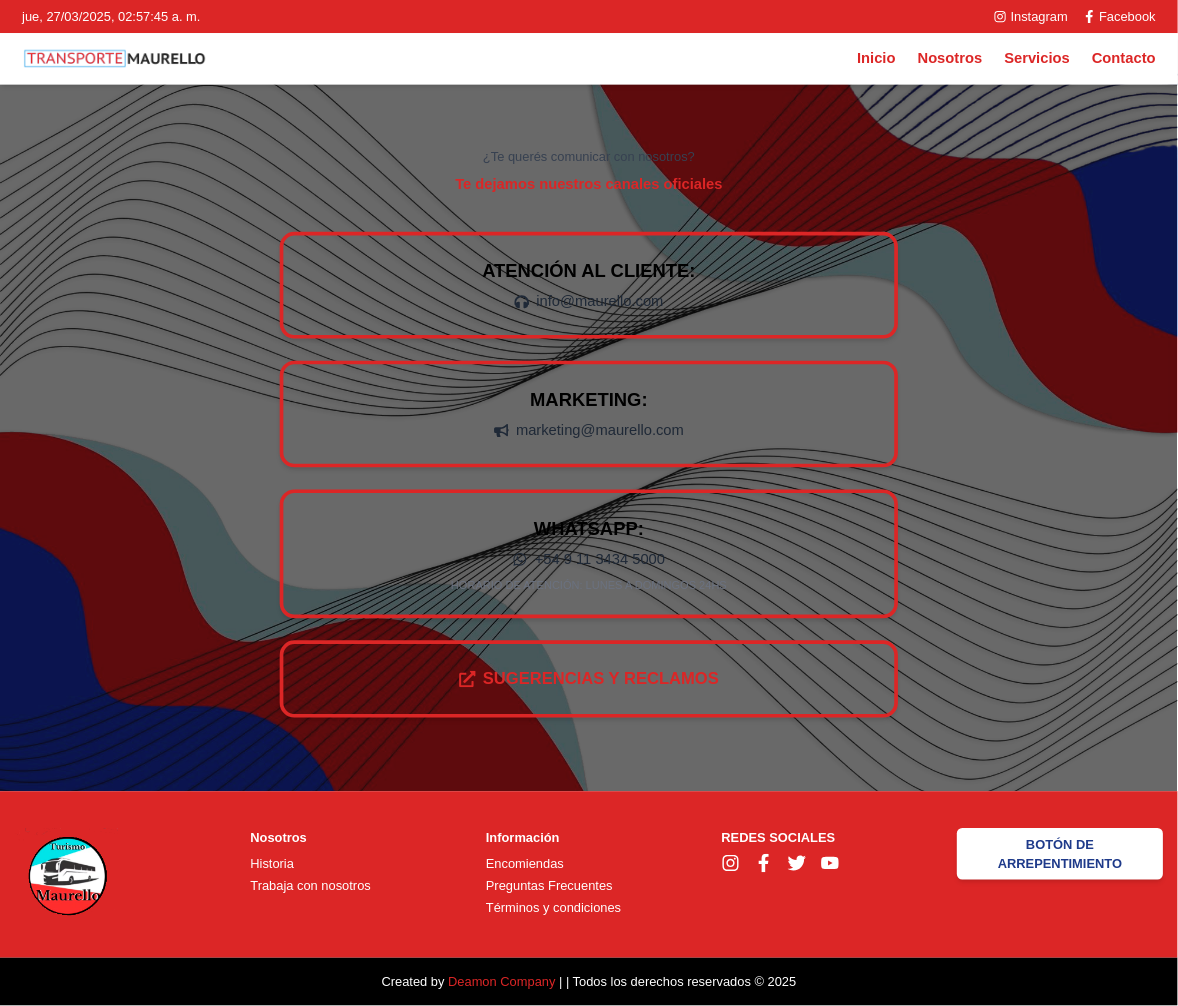
Repository: francoluca35/empresacolectivo
Page: /Contacto
These files come from the project's save history. The page is drawn as it stood at one moment and after the next save; the edit follows.
The browser window is 1280 px wide. The pictures show the whole page, at 92% of full size.
The project was rebuilt for these pictures with package versions that can differ from the ones it lists, and the page was loaded fresh each time. The framework's server and built-in components were replaced by stand-ins that run in the browser. Also part of the build but not shown: next.config.js, next.config.mjs.

Above is the page before, as saved 2025-03-27 03:06:30.

### src/app/layout.js
import { Inter } from "next/font/google";
import "./globals.css"

const inter = Inter({
  subsets: ["latin"],
  variable: "--font-inter",
});

export const metadata = {
  title: "Create Next App",
  description: "Generated by create next app",
};

export default function RootLayout({ children }) {
  return (
    <html lang="en">
      <body className={inter.variable}>
        {children}
      </body>
    </html>
  );
}

### src/app/Contacto/page.js
"use client";
import { FaHeadphones, FaBullhorn, FaWhatsapp, FaExternalLinkAlt } from "react-icons/fa";
import Navbar from "../Component/Navbar";
import Footer from "../Component/Footer";

export default function Contacto() {
  return (
    <>
    <Navbar />
    <section
  className="bg-white bg-cover bg-center bg-no-repeat mt-20 md:mt-20 py-20 px-6 text-center"
  style={{
    backgroundImage: "url('/Assets/fondo-contacto.png')", // con / delante porque está en /public
  }}
>



      <p className="text-gray-700 text-sm mb-2">¿Te querés comunicar con nosotros?</p>
      <h2 className="text-red-600 font-semibold mb-10">
        Te dejamos nuestros canales oficiales
      </h2>

      <div className="max-w-2xl mx-auto flex flex-col gap-6">
        {/* Atención al cliente */}
        <div className="border-4 border-red-600 rounded-2xl py-6 px-4 shadow-md hover:bg-white">
          <h3 className="text-xl text-red-790 font-bold mb-2">ATENCIÓN AL CLIENTE:</h3>
          <p className="text-gray-800 flex justify-center items-center gap-2">
            <FaHeadphones /> info@maurello.com
          </p>
        </div>

        {/* Marketing */}
        <div className="border-4 border-red-600 rounded-2xl py-6 px-4 shadow-md hover:bg-white">
          <h3 className="text-xl text-red-790 font-bold mb-2">MARKETING:</h3>
          <p className="text-gray-800 flex justify-center items-center gap-2">
            <FaBullhorn /> marketing@maurello.com
          </p>
        </div>

        {/* WhatsApp */}
        <div className="border-4 border-red-600 rounded-2xl py-6 px-4 shadow-md hover:bg-white">
          <h3 className="text-xl text-red-790 font-bold mb-2">WHATSAPP:</h3>
          <p className="text-gray-800 flex justify-center items-center gap-2 mb-2">
            <FaWhatsapp /> +54 9 11 3434 5000
          </p>
          <p className="text-xs text-gray-500">HORARIO DE ATENCIÓN: LUNES A DOMINGOS 24HS</p>
        </div>

        {/* Sugerencias y Reclamos */}
        <div className="border-4 border-red-600 rounded-2xl py-6 px-4 shadow-md cursor-pointer hover:bg-red-50 transition">
          <a
            href="#sugerencias"
            className="flex justify-center items-center gap-2 text-red-600 font-bold text-lg"
          >
            <FaExternalLinkAlt /> SUGERENCIAS Y RECLAMOS
          </a>
        </div>
      </div>
    </section>
    <Footer />
    </>
  );
}

### src/app/globals.css
@tailwind base;
@tailwind components;
@tailwind utilities;

@media (prefers-color-scheme: dark) {
  :root {
    --background: #4b4141;
    --foreground: #ededed;
  }
}

html,
body {
  max-width: 100vw;
  overflow-x: hidden;
}

body {
  color: var(--foreground);
  background: var(--background);
  font-family: Arial, Helvetica, sans-serif;
  -webkit-font-smoothing: antialiased;
  -moz-osx-font-smoothing: grayscale;
}

* {
  box-sizing: border-box;
  padding: 0;
  margin: 0;
}

a {
  color: inherit;
  text-decoration: none;
}

@media (prefers-color-scheme: dark) {
  html {
    color-scheme: dark;
  }
}

### src/app/Component/Navbar.js
"use client";
import Link from "next/link";
import Image from "next/image";
import { useState, useEffect } from "react";
import { useRouter } from "next/navigation";
import { FaBars, FaTimes, FaFacebookF, FaInstagram } from "react-icons/fa";

export default function Navbar() {
  const [isOpen, setIsOpen] = useState(false);
  const [time, setTime] = useState("");
  const router = useRouter(); // 👈 Hook para navegación

  const toggleMenu = () => {
    setIsOpen(!isOpen);
  };

  const goTo = (ruta) => {
    setIsOpen(false); // Cierra el menú móvil si está abierto
    router.push(ruta); // Navega a la ruta
  };

  useEffect(() => {
    const updateTime = () => {
      const now = new Date();
      const formatted = now.toLocaleString("es-AR", {
        weekday: "short",
        day: "2-digit",
        month: "2-digit",
        year: "numeric",
        hour: "2-digit",
        minute: "2-digit",
        second: "2-digit",
      });
      setTime(formatted);
    };

    updateTime();
    const interval = setInterval(updateTime, 1000);
    return () => clearInterval(interval);
  }, []);

  return (
    <div className="fixed top-0 left-0 w-full z-50">
      {/* Barra superior */}
      <div className="w-full bg-red-600 text-white text-sm py-2 px-6 flex flex-col md:flex-row md:justify-between md:items-center">
        <div className="text-center md:text-right font-medium">{time}</div>

        <div className="flex justify-center md:justify-start items-center space-x-4 mb-1 md:mb-0">
          <a
            href="https://www.instagram.com/tu_usuario"
            target="_blank"
            rel="noopener noreferrer"
            className="flex items-center space-x-1 hover:text-blue-400"
          >
            <FaInstagram className="text-white" />
            <span>Instagram</span>
          </a>
          <a
            href="https://www.facebook.com/tu_usuario"
            target="_blank"
            rel="noopener noreferrer"
            className="flex items-center space-x-1 hover:text-blue-400"
          >
            <FaFacebookF className="text-white" />
            <span>Facebook</span>
          </a>
        </div>
      </div>

      {/* Navbar principal */}
      <nav className="w-full bg-white text-white shadow-md">
        <div className="max-w-7xl mx-auto px-6 py-4 flex justify-between items-center">
          <img
            src="Assets/navbar.png"
            alt="Maurello S.A Logo"
            width={200}
            height={50}
            priority
          />

          {/* Navegación desktop */}
          <div className="hidden md:flex space-x-6 font-semibold">
            <button onClick={() => goTo("/")} className="hover:text-blue-400 transition text-red-600">Inicio</button>
            <button onClick={() => goTo("/About")} className="hover:text-blue-400 transition text-red-600">Nosotros</button>
            <button onClick={() => goTo("/Servicios")} className="hover:text-blue-400 transition text-red-600">Servicios</button>
            <button onClick={() => goTo("/Contacto")} className="hover:text-blue-400 transition text-red-600">Contacto</button>
          </div>

          {/* Botón hamburguesa */}
          <div className="md:hidden">
            <button onClick={toggleMenu} className="text-red-600">
              {isOpen ? <FaTimes className="h-6 w-6" /> : <FaBars className="h-6 w-6" />}
            </button>
          </div>
        </div>

        {/* Navegación móvil */}
        {isOpen && (
          <div className="md:hidden bg-white py-4 px-6">
            <div className="flex flex-col space-y-4">
              <button onClick={() => goTo("/")} className="hover:text-blue-400 transition text-red-600">Inicio</button>
              <button onClick={() => goTo("/About")} className="hover:text-blue-400 transition text-red-600">Nosotros</button>
              <button onClick={() => goTo("/Servicios")} className="hover:text-blue-400 transition text-red-600">Servicios</button>
              <button onClick={() => goTo("/Contacto")} className="hover:text-blue-400 transition text-red-600">Contacto</button>
            </div>
          </div>
        )}
      </nav>
    </div>
  );
}

### src/app/Component/Footer.js
import {
  FaInstagram,
  FaFacebookF,
  FaTwitter,
  FaYoutube,
} from "react-icons/fa";

export default function Footer() {
  return (
    <div>
      <footer className="bg-red-600 text-white py-10 px-4">
        <div className="max-w-7xl mx-auto grid grid-cols-1 md:grid-cols-5 gap-8 items-start text-sm">
          {/* Logo */}
          <div className="flex flex-col items-start">
            <img src="Assets/footer.png" alt="Logo" className="w-28" />
          </div>

          {/* Nosotros */}
          <div>
            <h4 className="font-bold mb-2">Nosotros</h4>
            <ul className="space-y-1">
              <li><a href="#" className="hover:underline">Historia</a></li>
              <li><a href="#" className="hover:underline">Trabaja con nosotros</a></li>
            </ul>
          </div>

          {/* Información */}
          <div>
            <h4 className="font-bold mb-2">Información</h4>
            <ul className="space-y-1">
              <li><a href="#" className="hover:underline">Encomiendas</a></li>
              <li><a href="#" className="hover:underline">Preguntas Frecuentes</a></li>
              <li><a href="#" className="hover:underline">Términos y condiciones</a></li>
            </ul>
          </div>

          {/* Redes Sociales */}
          <div>
            <h4 className="font-bold mb-2">REDES SOCIALES</h4>
            <div className="flex space-x-4 text-white text-xl">
              <a href="#"><FaInstagram /></a>
              <a href="#"><FaFacebookF /></a>
              <a href="#"><FaTwitter /></a>
              <a href="#"><FaYoutube /></a>
            </div>
          </div>

          {/* Botón de arrepentimiento */}
          <div className="flex justify-start md:justify-end">
            <button className="bg-white text-blue-900 px-4 py-2 rounded-md font-bold shadow-md text-sm">
              BOTÓN DE ARREPENTIMIENTO
            </button>
          </div>
        </div>
      </footer>

      {/* Derechos reservados */}
      <div className="text-center p-4 text-sm text-white bg-black">
      <span>Created by <a className="text-red-600 hover:text-[15px]" href="https://deamondd.com" target="_blank">Deamon Company</a></span> | | Todos los derechos reservados © 2025
      </div>
    </div>
  );
}

### tailwind.config.js
module.exports = {
  content: [
    "./src/app/**/*.{js,ts,jsx,tsx}",
    "./src/components/**/*.{js,ts,jsx,tsx}"
  ],
  theme: {
    extend: {},
  },
  plugins: [],
};

After the next save:
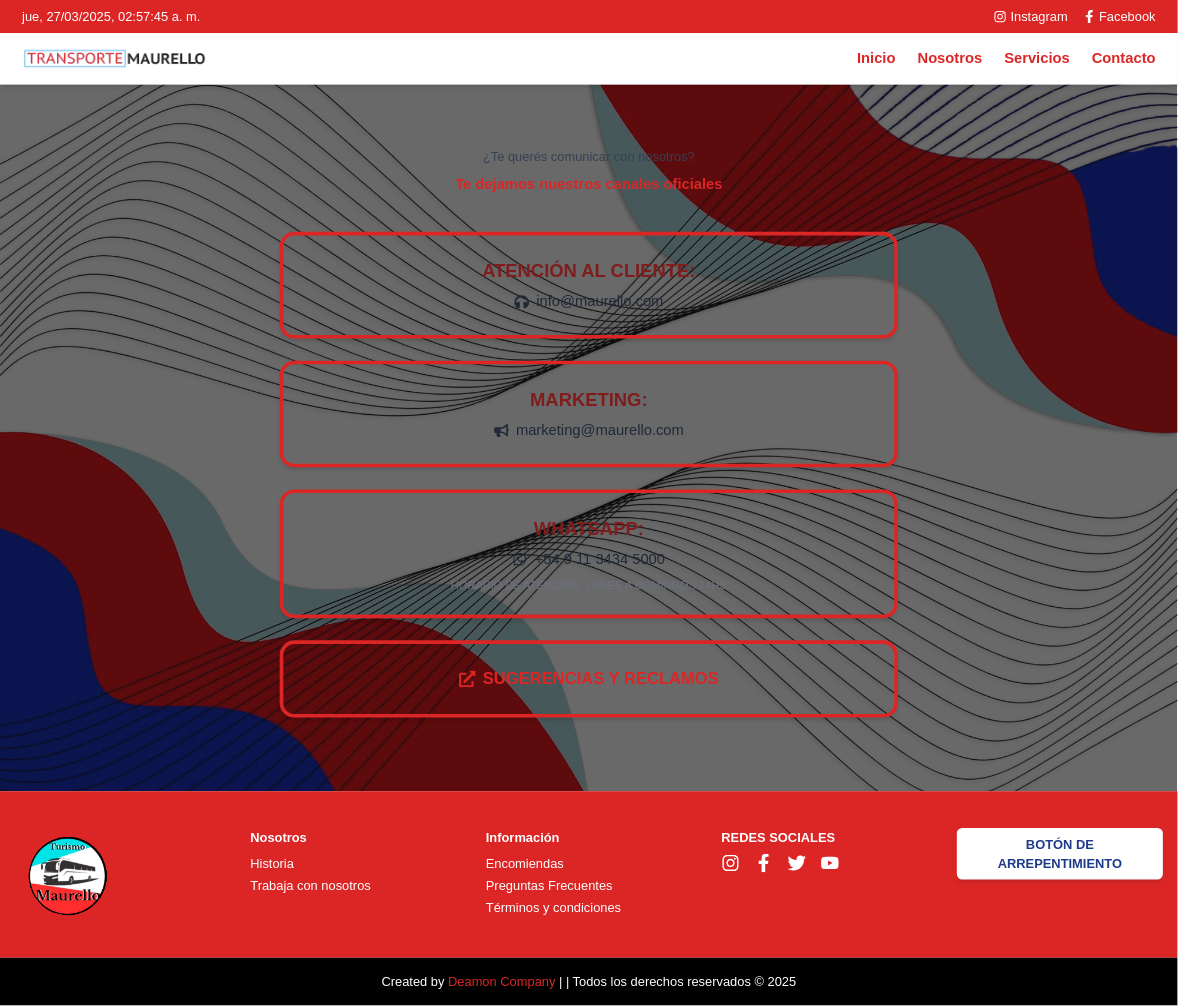
Saved 6 s later.
--- a/src/app/Contacto/page.js
+++ b/src/app/Contacto/page.js
@@ -24,7 +24,7 @@
       <div className="max-w-2xl mx-auto flex flex-col gap-6">
         {/* Atención al cliente */}
         <div className="border-4 border-red-600 rounded-2xl py-6 px-4 shadow-md hover:bg-white">
-          <h3 className="text-xl text-red-790 font-bold mb-2">ATENCIÓN AL CLIENTE:</h3>
+          <h3 className="text-xl text-red-900 font-bold mb-2">ATENCIÓN AL CLIENTE:</h3>
           <p className="text-gray-800 flex justify-center items-center gap-2">
             <FaHeadphones /> info@maurello.com
           </p>
@@ -32,7 +32,7 @@
 
         {/* Marketing */}
         <div className="border-4 border-red-600 rounded-2xl py-6 px-4 shadow-md hover:bg-white">
-          <h3 className="text-xl text-red-790 font-bold mb-2">MARKETING:</h3>
+          <h3 className="text-xl text-red-900 font-bold mb-2">MARKETING:</h3>
           <p className="text-gray-800 flex justify-center items-center gap-2">
             <FaBullhorn /> marketing@maurello.com
           </p>
@@ -40,7 +40,7 @@
 
         {/* WhatsApp */}
         <div className="border-4 border-red-600 rounded-2xl py-6 px-4 shadow-md hover:bg-white">
-          <h3 className="text-xl text-red-790 font-bold mb-2">WHATSAPP:</h3>
+          <h3 className="text-xl text-red-900 font-bold mb-2">WHATSAPP:</h3>
           <p className="text-gray-800 flex justify-center items-center gap-2 mb-2">
             <FaWhatsapp /> +54 9 11 3434 5000
           </p>
